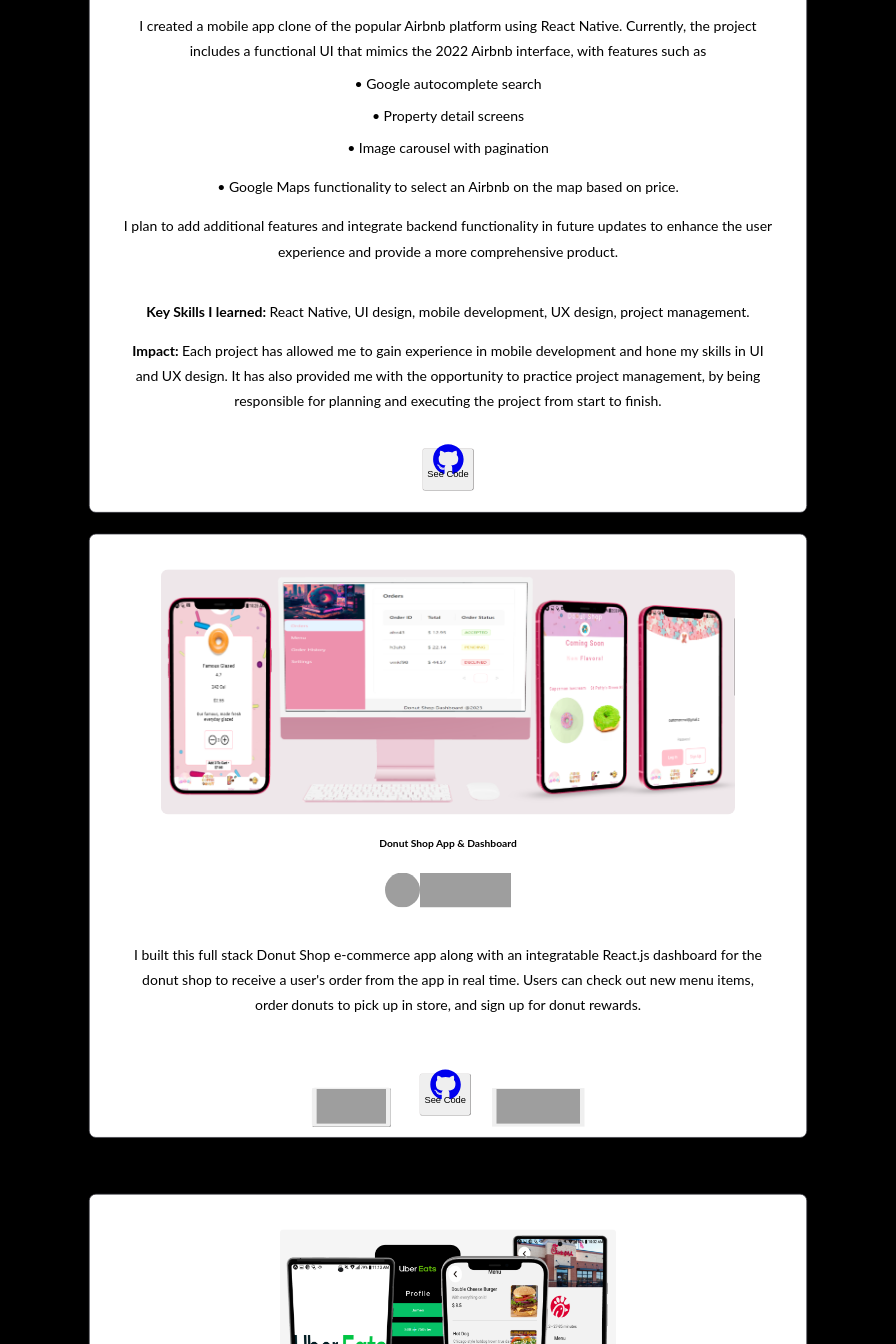
Repository: JamesPesenti/portfolio
Page: /
These files come from the project's save history. The page is drawn as it stood at one moment and after the next save; the edit follows.
The browser window is 1280 px wide. The pictures show the part of the page from y = 2049 to 3969 px (the page is 6929 px tall), at 70% of full size.
Pictures or frames that could not be fetched are drawn as grey boxes. The project was rebuilt for these pictures with package versions that can differ from the ones it lists, and the page was loaded fresh each time. Imported but missing from the stored project, and not drawn on this page: src/Components/James Pesenti Resume 2023.pdf.

Above is the page before, as saved 2023-05-05 17:12:15.

### public/index.html
<!DOCTYPE html>
<html lang="en">
  <head>
    <meta charset="utf-8" />
    <link rel="" href="" />
    <meta name="viewport" content="width=device-width, initial-scale=1" />
    <meta name="theme-color" content="#000000" />
    <meta name="description" content="James Pesenti Portfolio 2022" />
    <link rel="apple-touch-icon" href="" />
    <link rel="manifest" href="%PUBLIC_URL%/manifest.json" />

    <title>Portfolio 2023</title>

  </head>
  <body>
    <div id="root"></div>
  </body>
</html>

### src/Components/Navbar.jsx
import React, {Component} from 'react'
import { FaGithub } from "react-icons/fa";
import { FaEnvelope } from "react-icons/fa";
import { FaFile } from "react-icons/fa";
import Pdf from "../Components/James Pesenti Resume 2023.pdf"


const Navbar = () => {
  return (
    <>
          <div className="navbar flex">
            <div className="container">
                <nav>
                  <ul style={{textAlign: "center", marginTop: 70, position: 'relative', left: 0, top: -2}}>
                    <li>
                      <a className="App-link"  href="mailto:jamespesenti91@gmail.com" target="_blank" rel="noopener noreferrer">
                      <FaEnvelope size={35} style={{display: "flex", textAlign: "center", marginLeft: 10}}/>
                          Contact
                      </a>
                    </li>
                    <li>
                      <a className="App-link" href="https://github.com/JamesPesenti" target="_blank" rel="noopener noreferrer">
                        <FaGithub size={35} style={{display: "flex", textAlign: "center", marginLeft: 10}} />
                        GitHub
                      </a>
                    </li>
                    <li>
                      <a className="App-link" href={Pdf} target="_blank" rel="noopener noreferrer">
                        <FaFile size={35} style={{display: "flex", textAlign: "center", marginLeft: 10}} />
                        Resume
                      </a>
                    </li>
                  </ul>
                </nav>
                {/* <h4 style={{color: "white", textAlign: 'center', marginBottom:-440}}>
                  See my work below and send a message to get in touch
                </h4> */}
            </div>
          </div>
    </>
  )
}

export default Navbar

### src/Components/AboutMe.jsx
import React from 'react'
import { FontAwesomeIcon } from '@fortawesome/react-fontawesome'
import { FaGithub } from "react-icons/fa";
import { FaMapPin } from "react-icons/fa";

const AboutMe = () => {
  return (
    <>

        <div style={{justifyContent: "center", textAlign: "center", color: "white", padding: 50,}}>
            {/* Spinning image  */}
            {/* <img style={{padding: 10, borderRadius: "50%", width: 200, height: 200,}} src="/images/IMG_1619.jpg" className="App-logo" alt="logo" /> */}
            <img style={{padding: 10, borderRadius: "50%", width: 200, height: 200,}} src="/images/IMG_1619.jpg" alt="logo" />
            <h1>I'm James Pesenti</h1>
            <h2>a Software Developer building mobile apps and websites</h2>
              <FaMapPin size={20} style={{position: "relative", top: 5, right: 65, }} />
              <h3 style={{marginTop: -24}}> Chicago, IL</h3>
        </div>

</>
  )
}

export default AboutMe

### src/Components/Scroll.jsx
import React from 'react'
import '../CSS/App.css';


const Scroll = () => {

  return (
    <>

        <div style={{marginBottom: 400, justifyContnent: 'center'}} id="section09" class="demo">
          <a href="#parallaxContainer">
            <span></span>
            Scroll down to see my work
          </a>
        </div>

    </>
  )
}

export default Scroll

### src/Components/MyProjects.jsx
import UberGoogleButton from "../Components/UberGoogleButton"
import AstonGoogleButton from "./AstonGoogleButton"
import AstonAppleButton from "./AstonAppleButton"
import BarceGoogleButton from "../Components/BarceGoogleButton"
import BarceAppleButton from "./BarceAppleButton"
import { FaGithub } from "react-icons/fa";

const MyProjects = () => {
  return (

  <>
    <div id="parallaxContainer">

    {/* Airbnb Clone */}
    <div style={{ justifyContent: 'center', alignItems: 'center',  width: "80%", borderRadius: 10}} className="box">
            <div>
                <img style={{ borderRadius: 10, marginTop: 50, marginBottom: -35, width: "48%", height: 350, transition: ".7s", }} src="images/mockrocket-capture (11).png" />
            </div>
            <h4 style={{textAlign: 'center'}}>Airbnb Clone App</h4>
                <div style={{flexDirection: "row", padding: 10, borderRadius: 10, marginBottom: -40,}}>
                  <img style={{width: 50, height: 50, borderRadius: 50}} src="https://i.pinimg.com/originals/8a/02/1a/8a021aa097236b42dd71fb731e3d894d.gif"/>
                  <img style={{width: 80, height: 50, }} src="https://www.datocms-assets.com/45470/1631026680-logo-react-native.png"  />
                  {/* <img style={{width: 50, height: 50, }} src="https://pbs.twimg.com/profile_images/1114309924551417856/FKA4cm2x_400x400.png"  /> */}
                </div>
            <p style={{fontSize: 20, textAlign: 'center', padding: 40, marginBottom: -50}}>I created a mobile app clone of the popular Airbnb platform using React Native. Currently, the project includes a functional UI that mimics the 2022 Airbnb interface, with features such as</p>
            <p style={{fontSize: 20, textAlign: 'center', padding: 0, marginBottom: -10}}>&#8226; Google autocomplete search</p>
            <p style={{fontSize: 20, textAlign: 'center', padding: 0, marginBottom: -10}}>&#8226; Property detail screens</p>
            <p style={{fontSize: 20, textAlign: 'center', padding: 0}}>&#8226; Image carousel with pagination</p>
            <p style={{fontSize: 20, textAlign: 'center', padding: 0}}> &#8226; Google Maps functionality to select an Airbnb on the map based on price.</p>
            <p style={{fontSize: 20, textAlign: 'center', padding: 0}}>I plan to add additional features and integrate backend functionality in future updates to enhance the user experience and provide a more comprehensive product.</p>
            <p style={{fontSize: 20, textAlign: 'center', padding: 30, marginBottom: -80}}><b> Key Skills I learned: </b>React Native, UI design, mobile development, UX design, project management.</p>
            <p style={{fontSize: 20, textAlign: 'center', padding: 50}}><b> Impact: </b> Each project has allowed me to gain experience in mobile development and hone my skills in UI and UX design. It has also provided me with the opportunity to practice project management, by being responsible for planning and executing the project from start to finish.</p>

            <div style={{flexDirection: "row"}}>
                {/* <UberGoogleButton  /> */}
                <button style={{marginTop: 10}} type="button" className="codeButton">
                  <a href="https://github.com/JamesPesenti/Airbnb" target="_blank" rel="noopener noreferrer">
                    <FaGithub  size={45} style={{ marginTop: -80, marginBottom: -25, justifyContent: "center", textAlign: "center"}} />
                  </a>
                  <p>See Code</p>
                </button>
                {/* <AstonAppleButton  /> */}
            </div>

        </div>


     {/* Donut Shop App */}
     <div style={{marginTop: 30, marginBottom: 20, justifyContent: 'center', alignItems: 'center',  width: "80%", borderRadius: 10}} className="box">
            <div>
                <img style={{ borderRadius: 10, marginTop: 50, width: "80%", height: 350, transition: ".7s", }} src="/images/appAndDashMock.png" />
            </div>
            <h4 style={{textAlign: 'center'}}>Donut Shop App & Dashboard</h4>
                <div style={{flexDirection: "row", padding: 10, borderRadius: 10, marginBottom: -40,}}>
                  <img style={{width: 50, height: 50, borderRadius: 50}} src="https://i.pinimg.com/originals/8a/02/1a/8a021aa097236b42dd71fb731e3d894d.gif"/>
                  <img style={{width: 80, height: 50, }} src="https://www.datocms-assets.com/45470/1631026680-logo-react-native.png"  />
                  <img style={{width: 50, height: 50, }} src="https://pbs.twimg.com/profile_images/1114309924551417856/FKA4cm2x_400x400.png"  />
                </div>
            <p style={{fontSize: 20,textAlign: 'center', padding: 50}}>I built this full stack Donut Shop e-commerce app along with an integratable React.js dashboard for the donut shop to receive a user's order from the app in real time. Users can check out new menu items, order donuts to pick up in store, and sign up for donut rewards.</p>

            <div style={{flexDirection: "row"}}>
                <UberGoogleButton  />
                <button style={{marginTop: 40}} type="button" className="codeButton">
                  <a href="https://github.com/JamesPesenti/Donut_Shop" target="_blank" rel="noopener noreferrer">
                    <FaGithub  size={45} style={{ marginTop: -80, marginBottom: -25, justifyContent: "center", textAlign: "center"}} />
                  </a>
                  <p>See Code</p>
                </button>
                <AstonAppleButton  />
            </div>

        </div>


    {/* Uber Eats App */}
    <div style={{marginTop: 80, marginBottom: 60, justifyContent: 'center', alignItems: 'center',  width: "80%", borderRadius: 10}} className="box">
            <div className="imgWrapper" style={{width: 480, height: 350}}>
                <img style={{ borderRadius: 5, marginTop: 50, width: "100%", height: 300, transition: ".7s", }} src="/images/UberEatsLast.png" />
            </div>
            <h4 style={{textAlign: 'center'}}>Uber Eats Clone App</h4>
                <div style={{flexDirection: "row", padding: 10, borderRadius: 10, marginBottom: -40,}}>
                  <img style={{width: 50, height: 50, borderRadius: 50}} src="https://i.pinimg.com/originals/8a/02/1a/8a021aa097236b42dd71fb731e3d894d.gif"/>
                  <img style={{width: 80, height: 50, }} src="https://www.datocms-assets.com/45470/1631026680-logo-react-native.png"  />
                  <img style={{width: 50, height: 50, }} src="https://pbs.twimg.com/profile_images/1114309924551417856/FKA4cm2x_400x400.png" />
                </div>
            <p style={{fontSize: 20,textAlign: 'center', padding: 50}}>A full stack React Native app inspired by the UberEats user app. I utilized AWS Amplify's datastore to configure the back-end to query and save customer's orders and used Amazon Cognito for user registration, authentication, & account recovery.</p>

            <div style={{flexDirection: "row"}}>
                <UberGoogleButton  />
                <button style={{marginTop: 40}} type="button" className="codeButton">
                  <a href="https://github.com/JamesPesenti/UberEatsClone" target="_blank" rel="noopener noreferrer">
                    <FaGithub  size={45} style={{ marginTop: -80, marginBottom: -20, justifyContent: "center", textAlign: "center"}} />
                  </a>
                  <p>See Code</p>
                </button>
                <AstonAppleButton  />
            </div>

        </div>


     {/* Aston Waikiki App */}
       <div style={{marginTop: 80, marginBottom: 120, justifyContent: 'center', alignItems: 'center',  width: "80%", borderRadius: 10}} className="box">
            <div className="imgWrapper" style={{width: 450, height: 350}}>
                <img style={{ marginTop: 50, width: "100%", height: "auto", transition: ".7s", }} src="/images/astonmock.png" />
            </div>
            <h4 style={{textAlign: 'center'}}>Aston Waikiki Hotel UI</h4>
                <div style={{flexDirection: "row", padding: 10, borderRadius: 10, marginBottom: -40,}}>
                  <img style={{width: 50, height: 50, borderRadius: 50}} src="https://i.pinimg.com/originals/8a/02/1a/8a021aa097236b42dd71fb731e3d894d.gif"/>
                  <img style={{width: 80, height: 50, }} src="https://www.datocms-assets.com/45470/1631026680-logo-react-native.png"  />
                </div>
            <p style={{fontSize: 20,textAlign: 'center', padding: 50}}>A React Native UI design I created to reimagine the hotel Aston Waikiki Beach's website into a cross platform mobile app. I used most of the content and images from the current website and utilized both Bottom Tabs, Drawer navigation and other React Native libraries for a better user experience.</p>

            <div style={{flexDirection: "row"}}>
                <AstonGoogleButton  />
                <button style={{marginTop: 40}} type="button" className="codeButton">
                        <a href="https://github.com/JamesPesenti/AstonWaikikiBeachApp" target="_blank" rel="noopener noreferrer">
                            <FaGithub  size={45} style={{ marginTop: -80, marginBottom: -20, justifyContent: "center", textAlign: "center"}} />
                        </a>
                        <p>See Code</p>
                </button>
                <AstonAppleButton  />
            </div>

        </div>


    {/* Barcelona App */}
       <div style={{marginTop: 20, marginBottom: 120, justifyContent: 'center', alignItems: 'center',  width: "80%", borderRadius: 10}} className="box">
            <div className="imgWrapper" style={{width: 650, height: 300}}>
                <img style={{ marginTop: 30, width: "100%", height: 250, transition: ".7s", }} src="/images/barcelonamockup.png" />
            </div>
            <h4 style={{textAlign: 'center'}}>Barcelona Tourist App</h4>
                <div style={{flexDirection: "row", padding: 10, borderRadius: 10, marginBottom: -20,}}>
                <img style={{width: 80, height: 50,}} src="https://www.datocms-assets.com/45470/1631026680-logo-react-native.png"  />
                <img style={{width: 50, height: 50, borderRadius: 50}} src="https://i.pinimg.com/originals/8a/02/1a/8a021aa097236b42dd71fb731e3d894d.gif"/>
                </div>
            <p style={{fontSize: 20, textAlign: 'center', padding: 50}}>I created this React Native app for visitors of Barcelona Spain to save pictures and locations of their favorite places. I used pop-up modals for users to quickly get information on popular sights and used geolocation with google maps so users can save their location and select it on the map.</p>

            <div style={{flexDirection: "row"}}>
               <BarceAppleButton  />
                <button style={{marginTop: 40}} type="button" className="codeButton">
                        <a href="https://github.com/JamesPesenti/BarcelonaApp" target="_blank" rel="noopener noreferrer">
                            <FaGithub  size={45} style={{ marginTop: -80, marginBottom: -20, justifyContent: "center", textAlign: "center"}} />
                        </a>
                        <p>See Code</p>
                </button>
                <BarceGoogleButton  />
            </div>

        </div>

    {/* IAR React App */}
        {/* <div style={{marginBottom: 0, justifyContent: 'center', alignItems: 'center',  width: "80%", borderRadius: 10}} className="box">
            <img style={{ width: 600, height: 350, borderRadius: 10, borderWidth: 2, borderColor: "green"}} src="/images/innermock.png" />
            <h4 style={{textAlign: 'center'}}>Inner Aura Readings Website</h4>
            <div style={{flexDirection: "row", padding: 10, borderRadius: 10}}>
                <img src="https://www.logo.wine/a/logo/React_(web_framework)/React_(web_framework)-Logo.wine.svg" style={{width: 100, height: 50,}} />
                <img className="logoBox" src="https://cdn.pixabay.com/photo/2017/08/05/11/16/logo-2582747_1280.png" style={{width: 50, height: 50,}} />
            </div>
            <p style={{fontSize: 20, textAlign: 'center', padding: 50}}>This was the first official React.js web app that I developed. I made it for a friend who wanted to reach more customers with a mobile friendly website. I made multiple iterations and converted it into a PWA for offline operability with native like performance. </p>
            <button style={{marginTop: 0}} type="button" className="codeButton">
                        <a href="https://github.com/JamesPesenti/InnerAuraReadings2022" target="_blank" rel="noopener noreferrer">
                            <FaGithub  size={45} style={{ marginTop: -80, marginBottom: -20, justifyContent: "center", textAlign: "center"}} />
                        </a>
                        <p>See Code</p>
            </button>

        </div> */}


{/* REapp */}
        {/* <div style={{marginBottom: 100, justifyContent: 'center', alignItems: 'center',  width: "80%", borderRadius: 10,}} className="box">
        <img style={{marginTop: 50, width: 800, height: 350, borderRadius: 10, borderWidth: 2, borderColor: "green"}} src="/images/remockup.png" />
            <h4 style={{textAlign: 'center'}}>Real Estate Listing Website </h4>
            <div style={{flexDirection: "row", padding: 10, borderRadius: 10}}>
                <img src="https://www.logo.wine/a/logo/React_(web_framework)/React_(web_framework)-Logo.wine.svg" style={{width: 100, height: 50,}} />
                <img src="https://img.icons8.com/color/480/cloud-firestore.png" style={{width: 50, height: 50,}} />
                <img src="https://raw.githubusercontent.com/JamesPesenti/RealEstateApp/16b046b3d34b4a26468627e906dc503be8911b73/src/assets/svg/googleIcon.svg" style={{marginBottom: 8, width: 100, height: 30,}} />
            </div>
            <p style={{fontSize: 20, textAlign: 'center', padding: 50}}>Real Estate listing website built with React, FireStore database and Google OAuth to sign in with a google account. You can search listings for rent/sale and login to your account to create a listing and save offers. Inspiration and back-end code taken from Brad Traversey's React course I took on Udemy.</p>
            <button style={{marginTop: 40}} type="button" className="codeButton">
                        <a href="https://github.com/JamesPesenti/RealEstateApp" target="_blank" rel="noopener noreferrer">
                            <FaGithub  size={45} style={{ marginTop: -80, marginBottom: -20, justifyContent: "center", textAlign: "center"}} />
                        </a>
                        <p>See Code</p>
            </button>
        </div> */}

    </div>


    </>
  )
}

export default MyProjects

### src/Components/UberGoogleButton.jsx
import React from 'react'


const UberGoogleButton = () => {
  return (
    <>
    <button type="button" style={{marginRight: 40, borderWidth: .1, borderColor: '#efefef', borderRadius: 5}}>
        <a href="https://expo.dev/accounts/jimpesenti/projects/UberEats/builds/b9dfcb73-dd37-4009-b5f9-7d24a72b937d">
            <img style={{width: 100, height: 50, borderRadius: 0}} src="https://logos-world.net/wp-content/uploads/2020/12/Google-Play-Logo-500x281.png"/>
        </a>
    </button>
    </>
  )
}

export default UberGoogleButton

### src/Components/AstonGoogleButton.jsx
import React from 'react'


const AstonGoogleButton = () => {
  return (
    <>
    <button type="button" style={{marginRight: 40, borderWidth: .1, borderColor: '#efefef', borderRadius: 5}}>
        <a href="https://play.google.com/store/apps/details?id=com.jamespesenti91.astonwaikikibeach">
            <img style={{width: 100, height: 50, borderRadius: 0}} src="https://logos-world.net/wp-content/uploads/2020/12/Google-Play-Logo-500x281.png"/>
        </a>
    </button>
    </>
  )
}

export default AstonGoogleButton

### src/Components/AstonAppleButton.jsx
import React from 'react'

const AstonAppleButton = () => {
  return (
    <>
    <button type="submit" style={{marginLeft: 30, borderWidth: 0,}}  >
        <a href="">
            <img style={{width: 120, height: 50, borderRadius: 0}} src="https://images.squarespace-cdn.com/content/v1/5b549a7f3c3a53487c250f58/1597439116255-P7ME5MNOIWQLJS1X4CPP/Apple+App+Store+Logo+Button.png"/>
        </a>
    </button>
    </>
  )
}

export default AstonAppleButton

### src/Components/BarceGoogleButton.jsx
import React from 'react'


const BarceGoogleButton = () => {
  return (
    <>
    <button type="button" style={{marginLeft: 30, borderWidth: .1, borderColor: '#efefef', borderRadius: 5}}>
        <a href="https://play.google.com/store/apps/details?id=com.jamespesenti91.VisitBarcelona">
            <img style={{width: 100, height: 50, borderRadius: 0}} src="https://logos-world.net/wp-content/uploads/2020/12/Google-Play-Logo-500x281.png" alt="barceButton"/>
        </a>
    </button>
    </>
  )
}

export default BarceGoogleButton

### src/Components/BarceAppleButton.jsx
import React from 'react'

const BarceAppleButton = () => {
  return (
    <>
    <button type="submit" style={{marginRight: 30, borderWidth: 0,}}  >
        <a href="">
            <img style={{width: 120, height: 50, borderRadius: 0}} src="https://images.squarespace-cdn.com/content/v1/5b549a7f3c3a53487c250f58/1597439116255-P7ME5MNOIWQLJS1X4CPP/Apple+App+Store+Logo+Button.png"/>
        </a>
    </button>
    </>
  )
}

export default BarceAppleButton

Loaded but not shown: src/index.js (common file); src/reportWebVitals.js (common file); src/serviceWorkerRegistration.js (137 lines, source omitted); src/App.js (33 lines, source omitted); src/CSS/App.css (351 lines, source omitted); src/CSS/index.css (197 lines, source omitted)

After the next save:
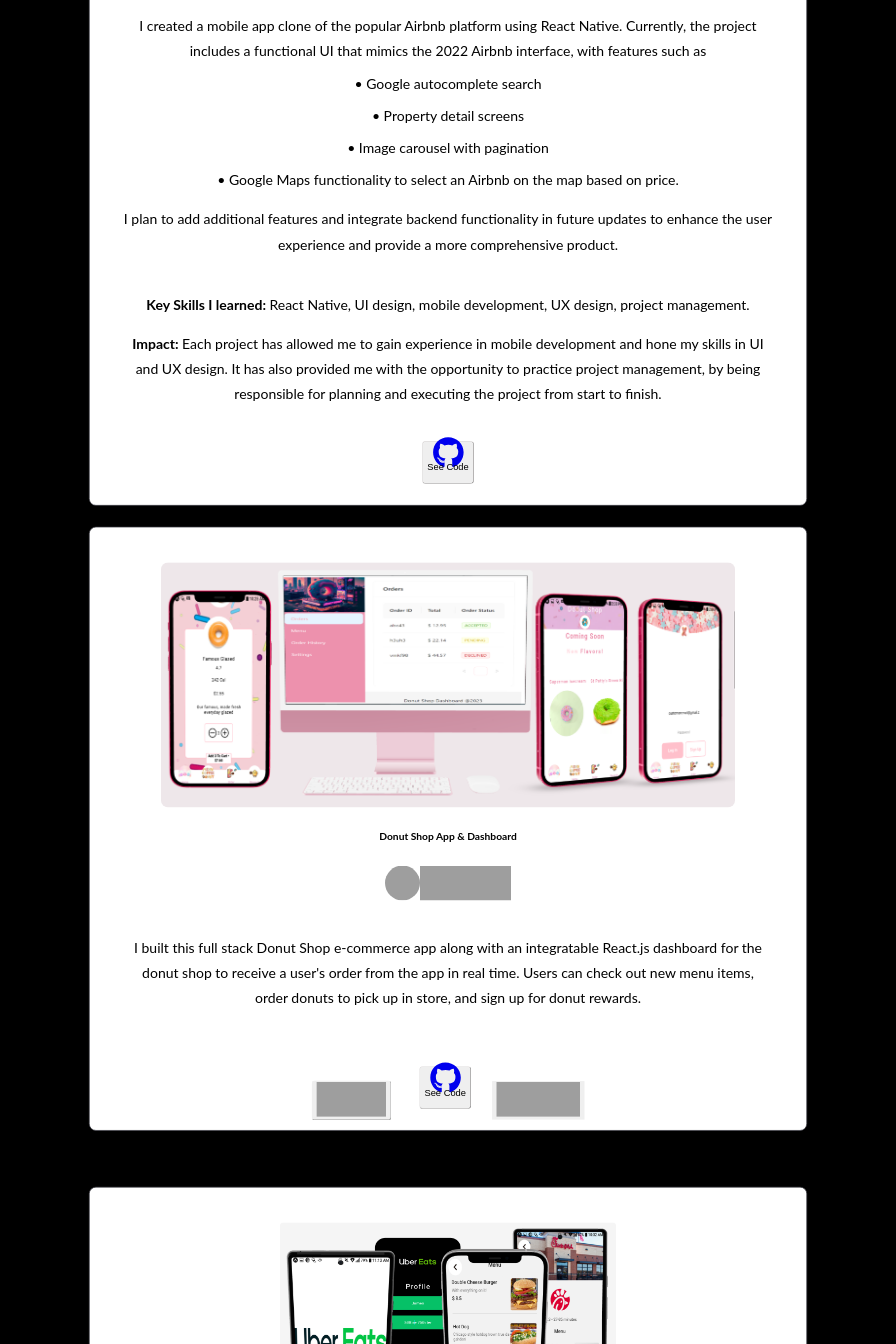
Saved 19 s later.
--- a/src/Components/MyProjects.jsx
+++ b/src/Components/MyProjects.jsx
@@ -25,7 +25,7 @@
             <p style={{fontSize: 20, textAlign: 'center', padding: 40, marginBottom: -50}}>I created a mobile app clone of the popular Airbnb platform using React Native. Currently, the project includes a functional UI that mimics the 2022 Airbnb interface, with features such as</p>
             <p style={{fontSize: 20, textAlign: 'center', padding: 0, marginBottom: -10}}>&#8226; Google autocomplete search</p>
             <p style={{fontSize: 20, textAlign: 'center', padding: 0, marginBottom: -10}}>&#8226; Property detail screens</p>
-            <p style={{fontSize: 20, textAlign: 'center', padding: 0}}>&#8226; Image carousel with pagination</p>
+            <p style={{fontSize: 20, textAlign: 'center', padding: 0, marginBottom: -10}}>&#8226; Image carousel with pagination</p>
             <p style={{fontSize: 20, textAlign: 'center', padding: 0}}> &#8226; Google Maps functionality to select an Airbnb on the map based on price.</p>
             <p style={{fontSize: 20, textAlign: 'center', padding: 0}}>I plan to add additional features and integrate backend functionality in future updates to enhance the user experience and provide a more comprehensive product.</p>
             <p style={{fontSize: 20, textAlign: 'center', padding: 30, marginBottom: -80}}><b> Key Skills I learned: </b>React Native, UI design, mobile development, UX design, project management.</p>
